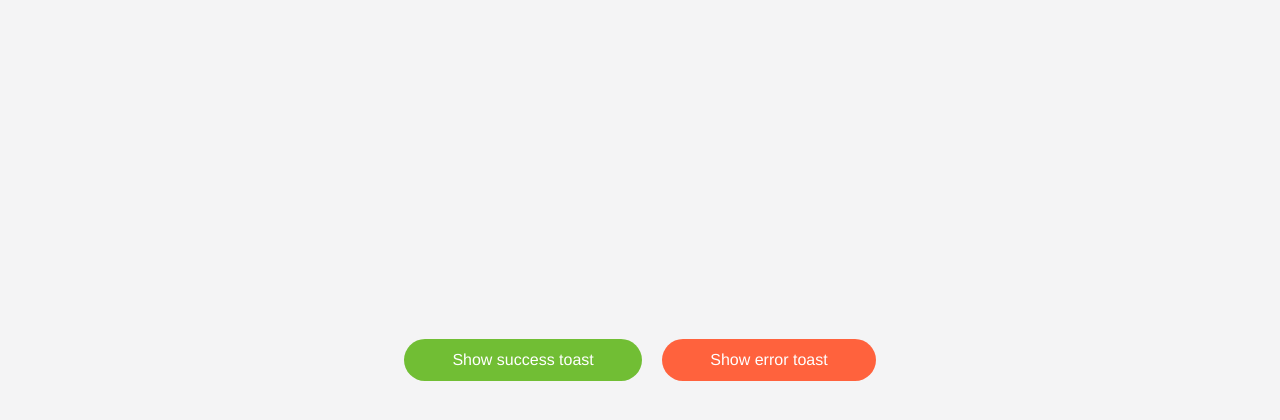
Repository: vuongtm1999/Toast_Message
Page: toast-message.html
These files come from the project's save history. The page is drawn as it stood at one moment and after the next save; the edit follows.
The browser window is 1280 px wide. The pictures show the whole page.

Above is the page before, as saved 2022-09-01 12:34:37.
Not found: toast.js

After the next save:
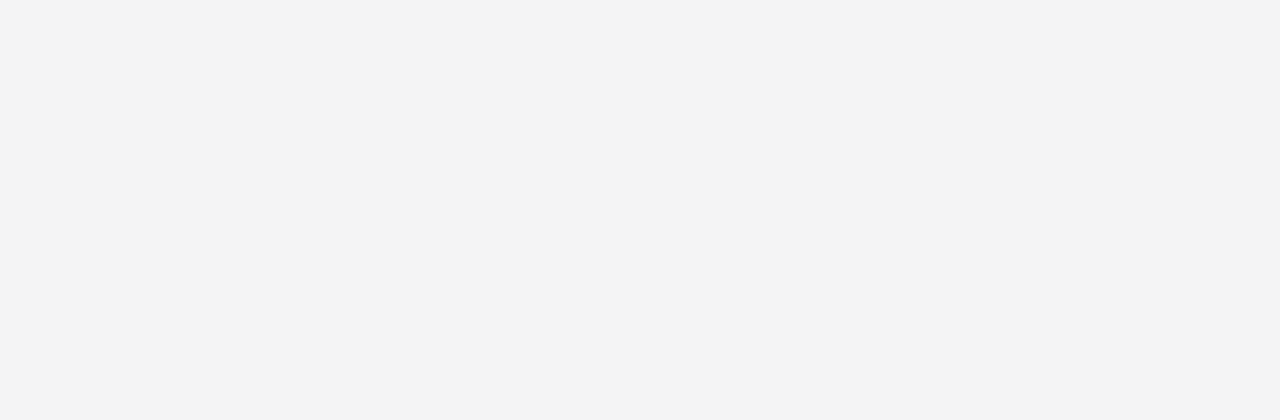
Saved 8 s later.
--- a/toast-message.html
+++ b/toast-message.html
@@ -6,7 +6,7 @@
     <meta name="viewport" content="width=device-width, initial-scale=1.0">
     <link rel="stylesheet" href="https://cdnjs.cloudflare.com/ajax/libs/font-awesome/5.15.1/css/all.min.css" integrity="sha512-+4zCK9k+qNFUR5X+cKL9EIR+ZOhtIloNl9GIKS57V1MyNsYpYcUrUeQc9vNfzsWfV28IaLL3i96P9sdNyeRssA==" crossorigin="anonymous" />
     <link rel="stylesheet" href="toast-message.css">
-    <script type="text/javascript" src="toast.js"></script>
+    <script type="text/javascript" src="toast.js" />
     <title>Toast message</title>
 </head>
 <body>

After the save that followed:
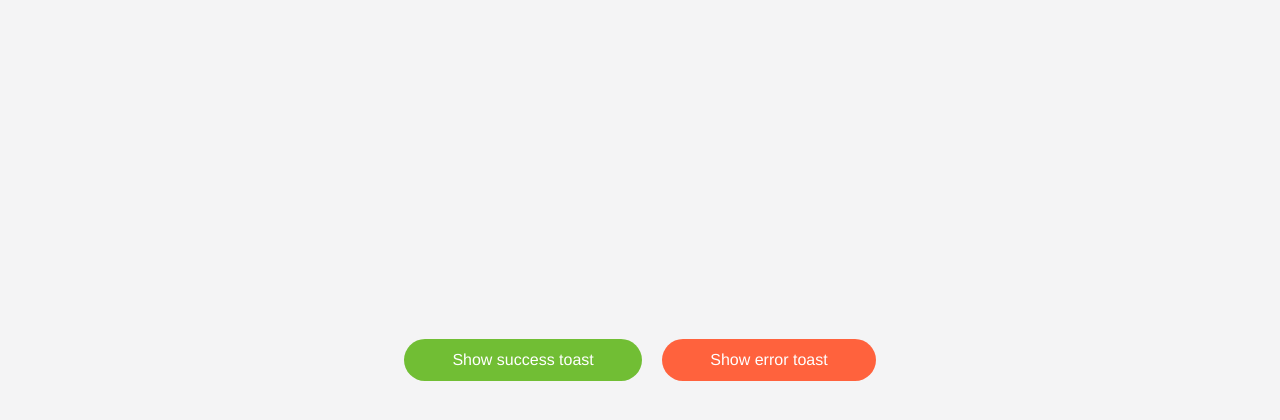
Saved 7 s later.
--- a/toast-message.html
+++ b/toast-message.html
@@ -6,7 +6,7 @@
     <meta name="viewport" content="width=device-width, initial-scale=1.0">
     <link rel="stylesheet" href="https://cdnjs.cloudflare.com/ajax/libs/font-awesome/5.15.1/css/all.min.css" integrity="sha512-+4zCK9k+qNFUR5X+cKL9EIR+ZOhtIloNl9GIKS57V1MyNsYpYcUrUeQc9vNfzsWfV28IaLL3i96P9sdNyeRssA==" crossorigin="anonymous" />
     <link rel="stylesheet" href="toast-message.css">
-    <script type="text/javascript" src="toast.js" />
+    <script type="text/javascript" src="toast.js"></script>
     <title>Toast message</title>
 </head>
 <body>
